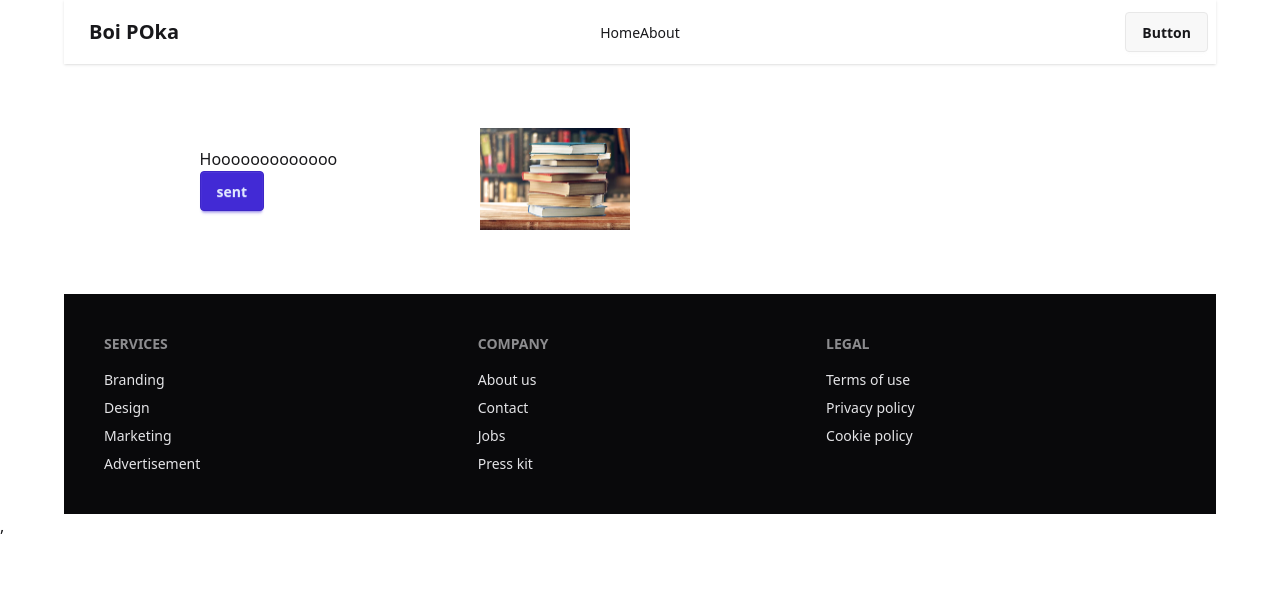
Repository: SanjidaSnigdha/Boipoka-Book-Vibe-Project
Page: /
The author's editor kept a copy of each file at every save. The page is drawn from the files as they stood at one save, then again after the next save.
The browser window is 1280 px wide. The pictures show the whole page.
The project was rebuilt for these pictures with package versions that can differ from the ones it lists, and the page was loaded fresh each time. Also part of the build but not shown: vite.config.js, src/App.css, src/App.jsx, src/Pages/Root/ErrorPage/ErrorPage.jsx.

Above is the page before, as saved 2026-05-12 12:00:03.

### index.html
<!doctype html>
<html lang="en">
  <head>
    <meta charset="UTF-8" />
    <link rel="icon" type="image/svg+xml" href="/favicon.svg" />
    <meta name="viewport" content="width=device-width, initial-scale=1.0" />
    <title>boipuka</title>
  </head>
  <body>
    <div id="root"></div>
    <script type="module" src="/src/main.jsx"></script>
  </body>
</html>

### src/main.jsx
import { StrictMode } from 'react'
import { createRoot } from 'react-dom/client'
import './index.css'
import App from './App.jsx'
import {
  RouterProvider,
} from "react-router";
import { router } from './Routes/Routes.jsx';




createRoot(document.getElementById('root')).render(
  <StrictMode>
     <RouterProvider router={router} />,
  </StrictMode>,
)

### src/index.css
@import "tailwindcss";
@plugin "daisyui" {
themes : light --default, dark --prefersdark;
themes: light --default;
}
   dark mode to light mode ( index.css)

### src/Routes/Routes.jsx
import React from 'react';
import {
  createBrowserRouter,
} from "react-router";
import Root from '../Pages/Root/Root';
import ErrorPage from '../Pages/Root/ErrorPage/ErrorPage';
import { Component } from 'react';
import Home from '../Pages/Home/Home';

 export const router = createBrowserRouter([
  {
    path: "/",
    Component: Root,
    errorElement: <ErrorPage></ErrorPage>,
    children: [
      {
      index: true,
      path: '/',
      Component: Home

    },
  ],
},
]);

### src/Pages/Root/Root.jsx
import React from 'react';
import Navbar from '../../Components/Header/Navbar/Navbar';
import { Outlet } from 'react-router';
import Footer from '../../Components/Footer/Footer';

const Root = () => {
    return (
        <div className='max-w-6xl mx-auto'>
            <Navbar></Navbar>
            <Outlet></Outlet>
            <Footer></Footer>

        </div>
    );
};

export default Root;

### src/Pages/Home/Home.jsx
import React from 'react';
import Banner from '../../Components/Banner/Banner';

const Home = () => {
    return (
        <div>
            <Banner></Banner>
        </div>
    );
};

export default Home;

### src/Components/Header/Navbar/Navbar.jsx
import React from 'react';

const Navbar = () => {
    const links = <>
      <li>Home</li>
      <li>About</li>
    </>
    return (
        <div className="navbar bg-base-100 shadow-sm">
  <div className="navbar-start">
    <div className="dropdown">
      <div tabIndex={0} role="button" className="btn btn-ghost lg:hidden">
        <svg xmlns="http://www.w3.org/2000/svg" className="h-5 w-5" fill="none" viewBox="0 0 24 24" stroke="currentColor"> <path strokeLinecap="round" strokeLinejoin="round" strokeWidth="2" d="M4 6h16M4 12h8m-8 6h16" /> </svg>
      </div>
      <ul
        tabIndex="-1"
        className="menu menu-sm dropdown-content bg-base-100 rounded-box z-1 mt-3 w-52 p-2 shadow">
       {links}
      </ul>
    </div>
    <a className="btn btn-ghost text-xl">Boi POka</a>
  </div>
  <div className="navbar-center hidden lg:flex">
    <ul className="menu menu-horizontal px-1">
      {links}
    </ul>
  </div>
  <div className="navbar-end">
    <a className="btn">Button</a>
  </div>
</div>
    );
};

export default Navbar;

### src/Components/Footer/Footer.jsx
import React from 'react';

const Footer = () => {
    return (
        <footer className="footer sm:footer-horizontal bg-neutral text-neutral-content p-10">
  <nav>
    <h6 className="footer-title">Services</h6>
    <a className="link link-hover">Branding</a>
    <a className="link link-hover">Design</a>
    <a className="link link-hover">Marketing</a>
    <a className="link link-hover">Advertisement</a>
  </nav>
  <nav>
    <h6 className="footer-title">Company</h6>
    <a className="link link-hover">About us</a>
    <a className="link link-hover">Contact</a>
    <a className="link link-hover">Jobs</a>
    <a className="link link-hover">Press kit</a>
  </nav>
  <nav>
    <h6 className="footer-title">Legal</h6>
    <a className="link link-hover">Terms of use</a>
    <a className="link link-hover">Privacy policy</a>
    <a className="link link-hover">Cookie policy</a>
  </nav>
</footer>
    );
};

export default Footer;

### src/Components/Banner/Banner.jsx
import React from 'react';
import bookImage from '../../assets/books.jpg'

const Banner = () => {
    return (
        <div className='flex justify-around items-center p-16 w-full'>
            <diV>
            <h1>Hooooooooooooo</h1>
            <button className='btn btn-primary'>sent</button>
            </diV>
            <div>
               <img className='w-3/12' src={bookImage} alt="" />
            </div>
        </div>
    );
};

export default Banner;

After the next save:
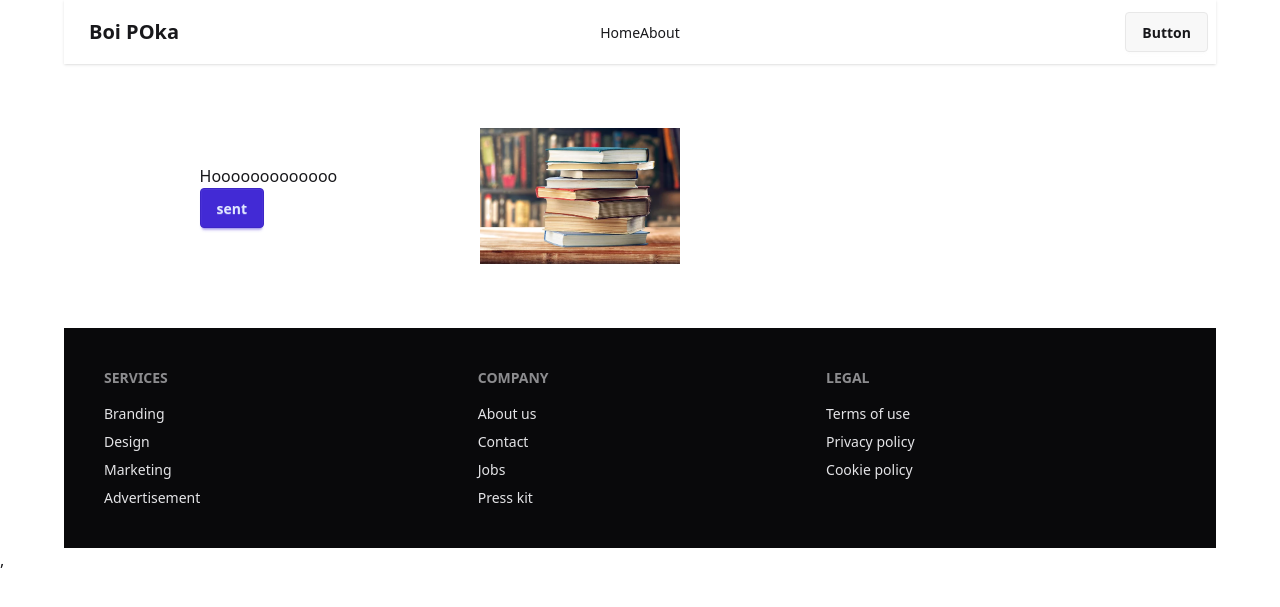
Saved 9 s later.
--- a/src/Components/Banner/Banner.jsx
+++ b/src/Components/Banner/Banner.jsx
@@ -9,7 +9,7 @@ const Banner = () => {
             <button className='btn btn-primary'>sent</button>
             </diV>
             <div>
-               <img className='w-3/12' src={bookImage} alt="" />
+               <img className='w-4/12' src={bookImage} alt="" />
             </div>
         </div>
     );
